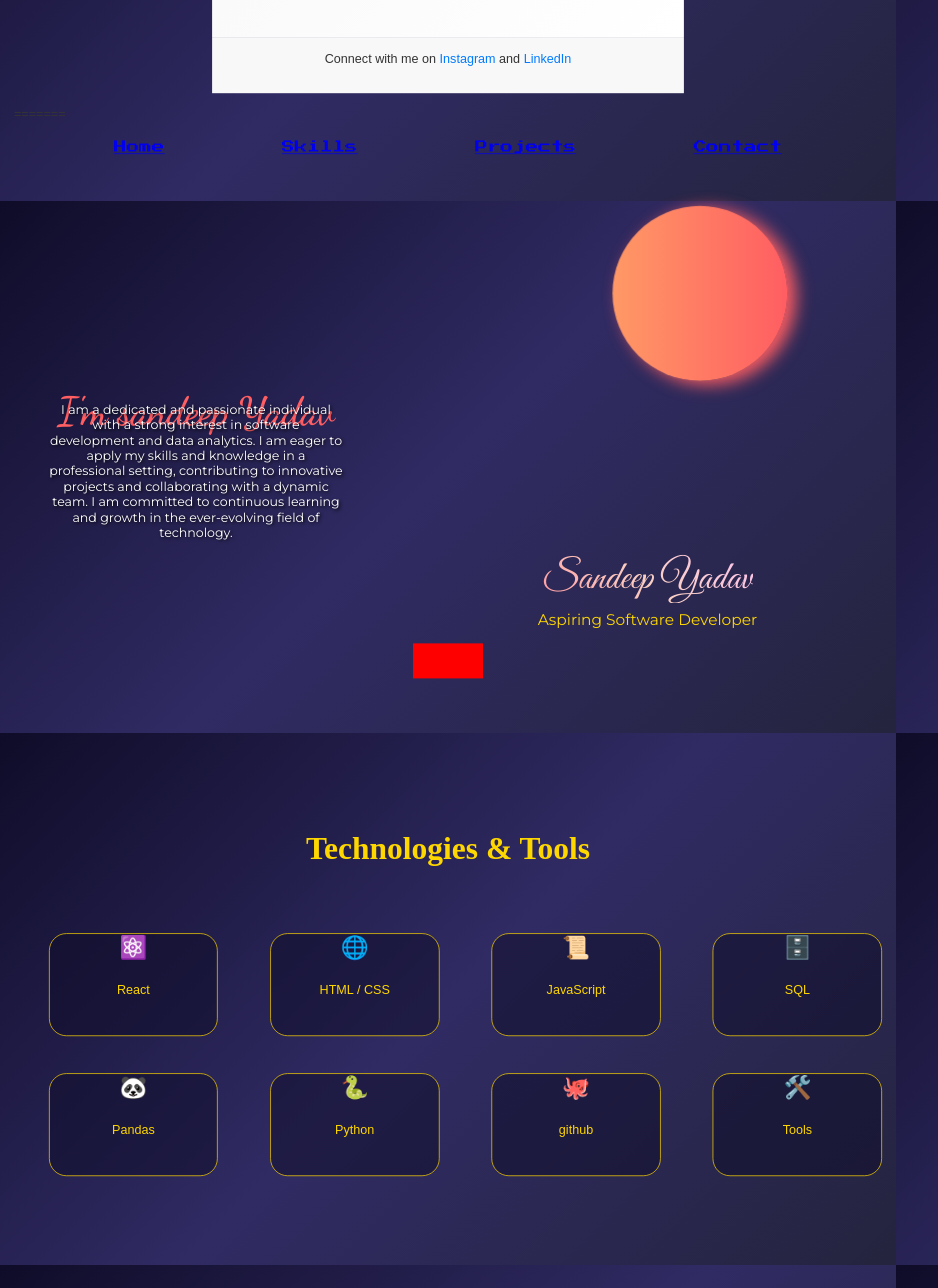
Repository: SandeepYadav18717/Sandeep_portfolio
Page: /
An editor plug-in stored every save of this project. The page is shown before and after a run of saves, followed by the edit.
The browser window is 1280 px wide. The page is 1340 px wide, so the pictures cover 1340 px, including what lies to the right of the window. The pictures show the part of the page from y = 473 to 2313 px (the page is 3840 px tall), at 70% of full size.
The project was rebuilt for these pictures with package versions that can differ from the ones it lists, and the page was loaded fresh each time. Also part of the build but not shown: vite.config.js, src/index.css.

Above is the page before, as saved 2025-09-02 02:11:15.

After the next 2 saves:
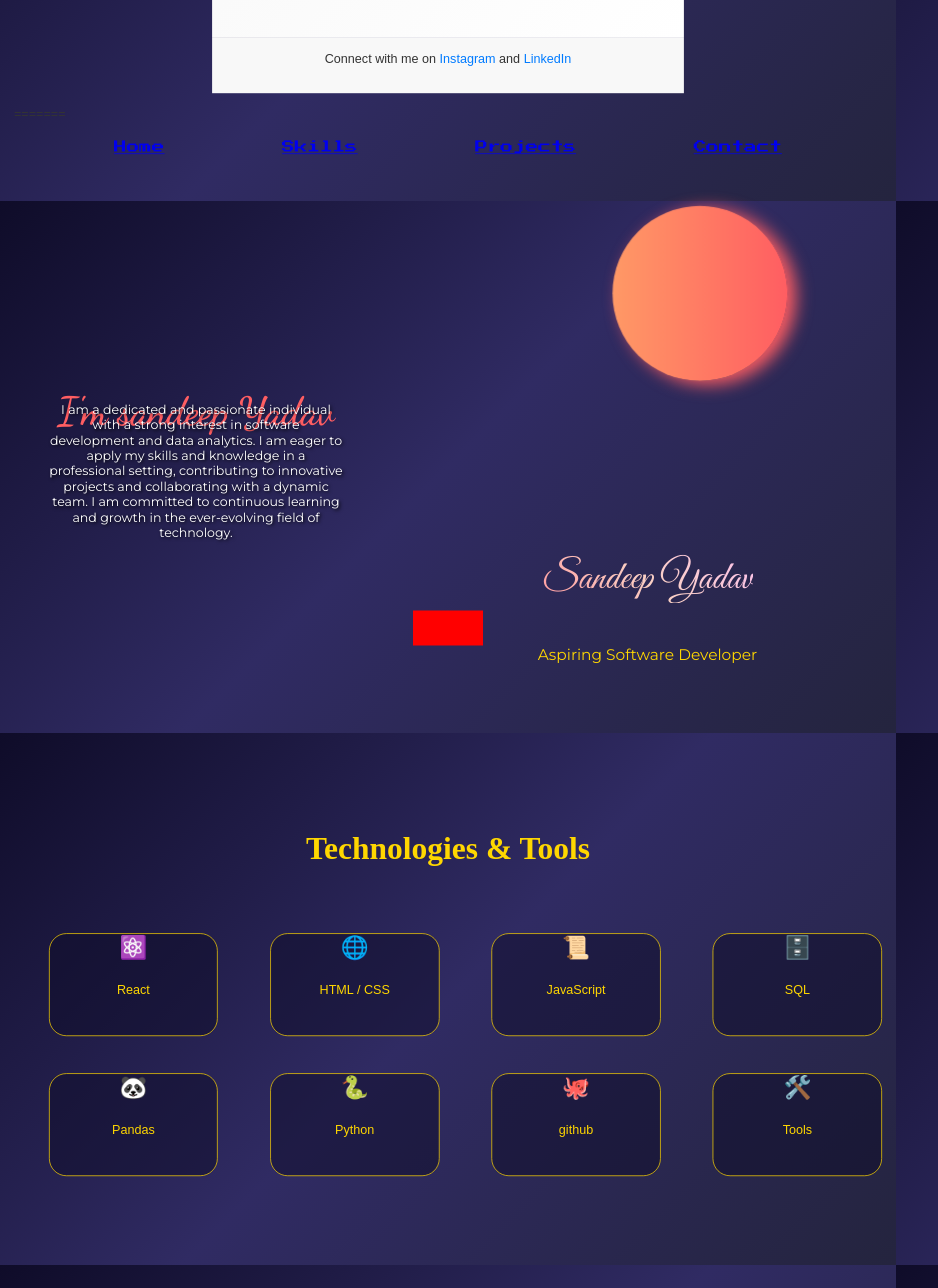
The 2 saves are shown as one change because they came seconds apart.
The last was saved 15 s later.
--- a/src/Pages/Index.jsx
+++ b/src/Pages/Index.jsx
@@ -23,10 +23,11 @@ function Home() {
    <div id="name">
           Sandeep Yadav
         </div>
+        <div id="Linkdin"></div>
    <div id="role">
           Aspiring Software Developer
         </div>
-<div id="Linkdin"></div>
+
      </div>
      <br/><br/><br/><br/><br/>
     </>
